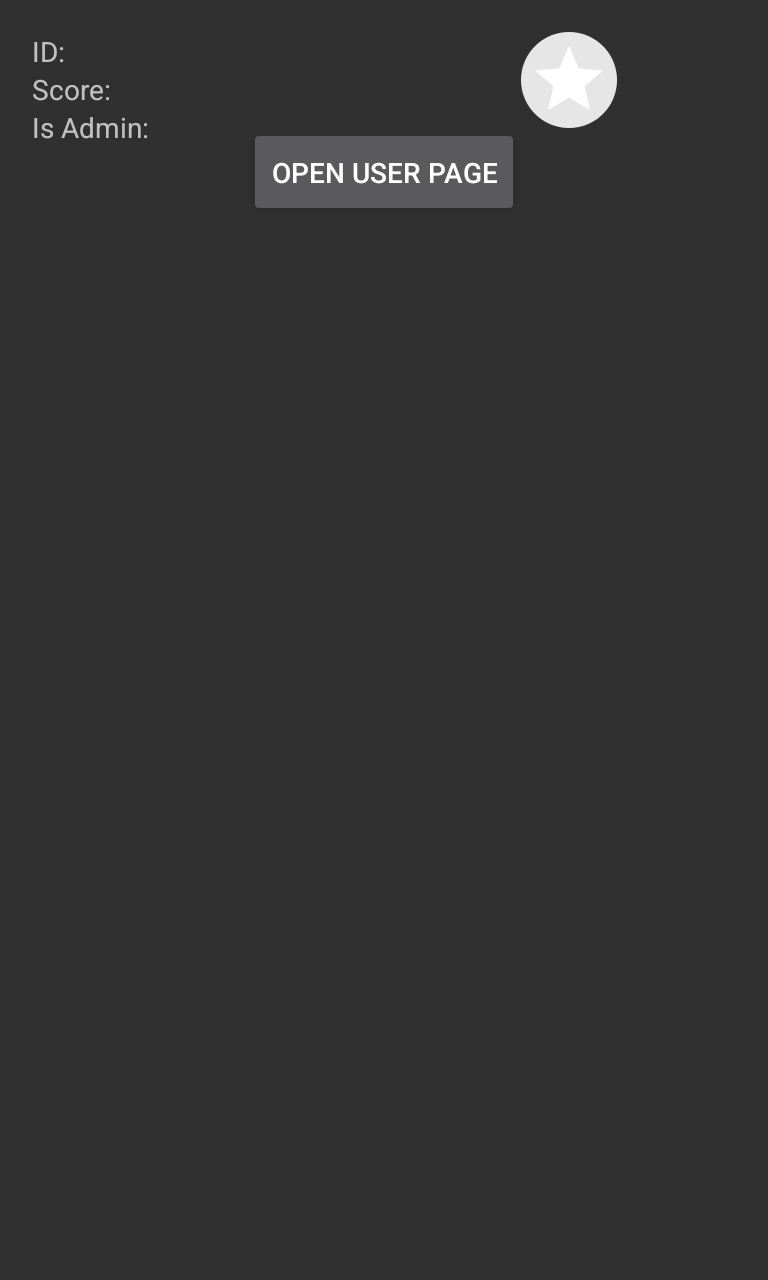
Repository: mberenguerascampi/github_app
Layout: GitHubApp/res/layout/activity_user_detail.xml
An editor plug-in stored every save of this project. The layout is shown before and after the next save, followed by the edit.
It is drawn on a 768 x 1280 px phone screen (xhdpi) without system bars, with theme Theme.AppCompat; the app's code is not run.

Above is the layout before, as saved 2014-12-26 15:26:47.

After the next save:
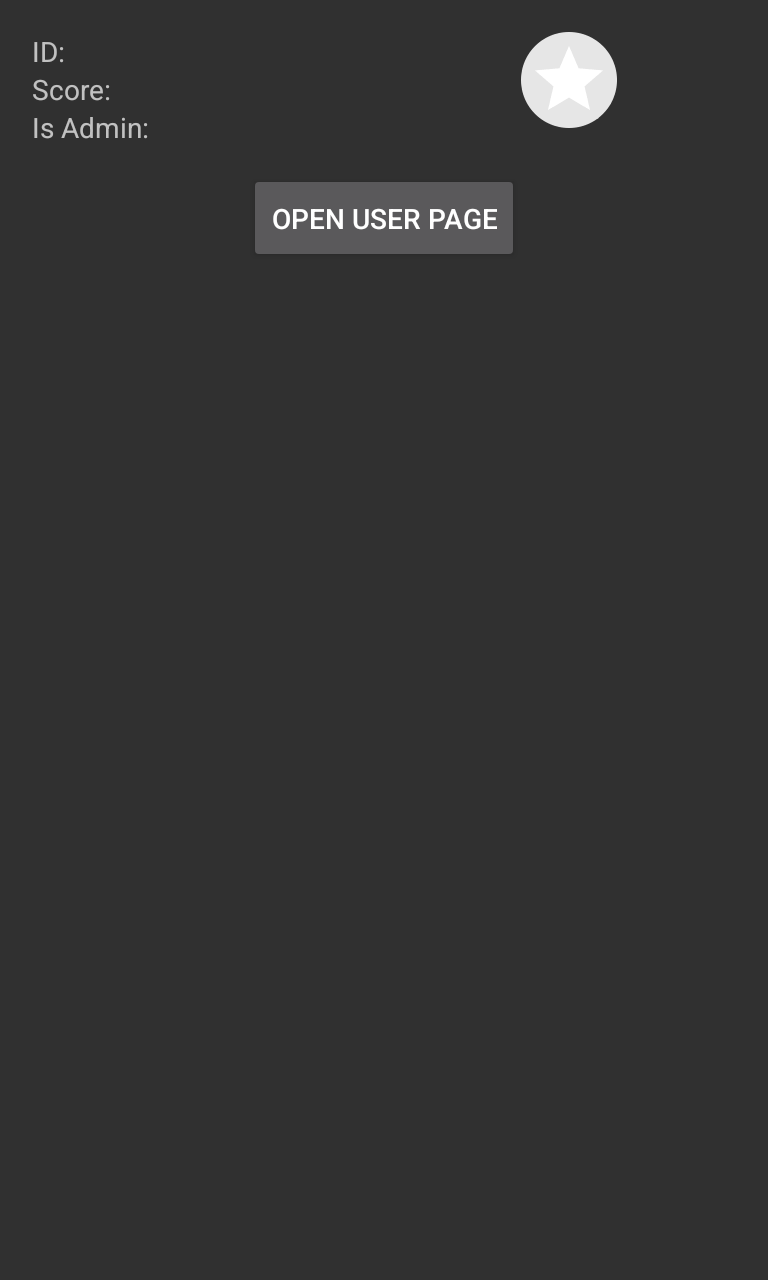
Saved 66 s later.
--- a/GitHubApp/res/layout/activity_user_detail.xml
+++ b/GitHubApp/res/layout/activity_user_detail.xml
@@ -59,10 +59,10 @@
 
     <Button
         android:id="@+id/open_button"
-        android:layout_below="@+id/score_textview"
+        android:layout_below="@+id/admin_textview"
         android:layout_width="wrap_content"
         android:layout_height="wrap_content"
-        android:layout_marginTop="8dip"
+        android:layout_marginTop="12dip"
         android:text="@string/open_user_page_text"
         android:layout_centerInParent="true"
         android:gravity="center_vertical|center_horizontal"
